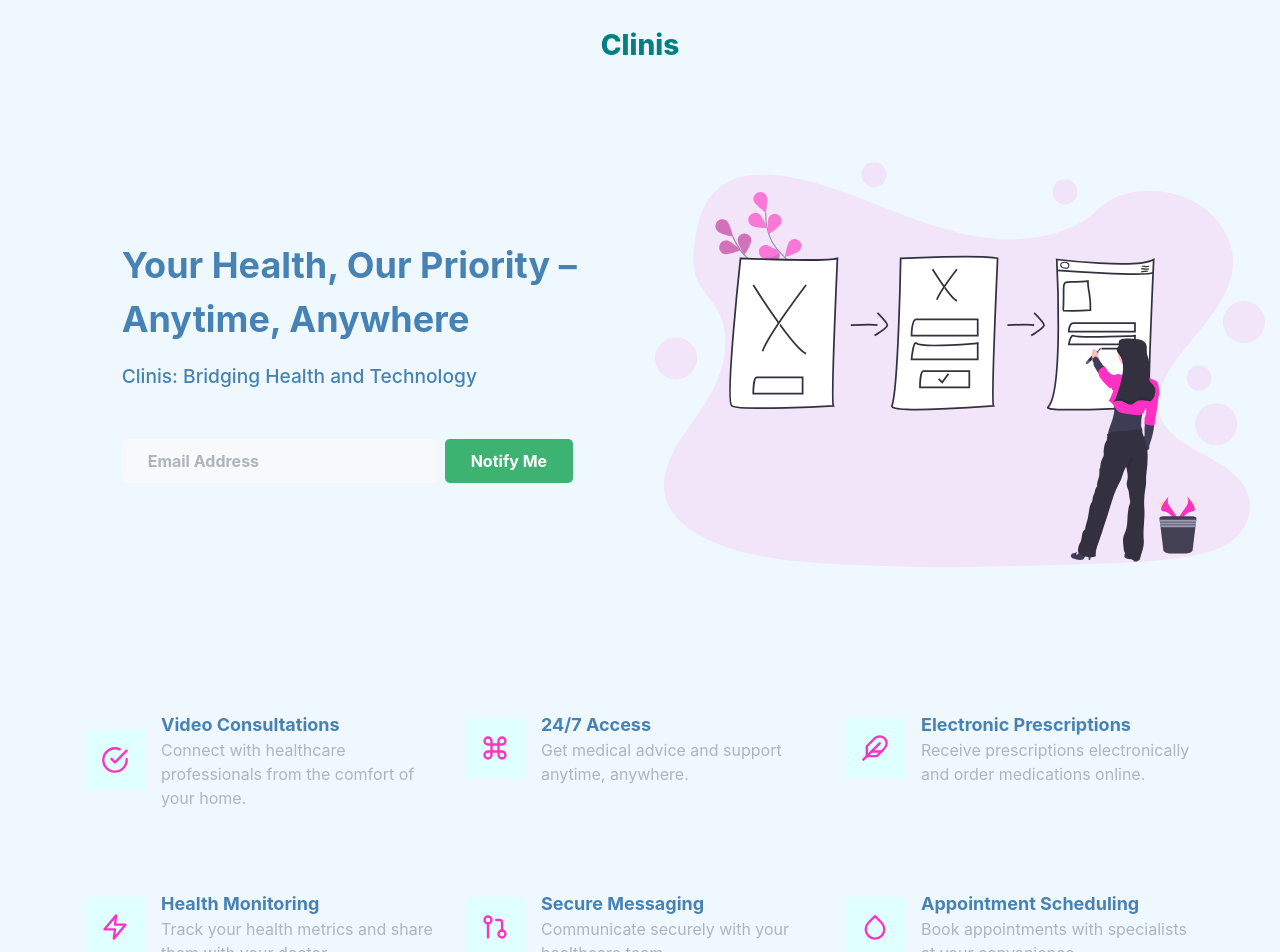
Repository: Rupak09/demo1
Page: index.html
An editor plug-in stored every save of this project. The page is shown before and after the next save, followed by the edit.
The browser window is 1280 px wide. The pictures show the part of the page from y = 0 to 952 px (the page is 2819 px tall).
A picture or video elsewhere on the page could not be fetched, so the positions and the page height are approximate. Some web fonts or font styles are not loaded; a fallback is used. Some web libraries are served in a nearby version.

Above is the page before, as saved 2024-12-28 12:03:12.

After the next save:
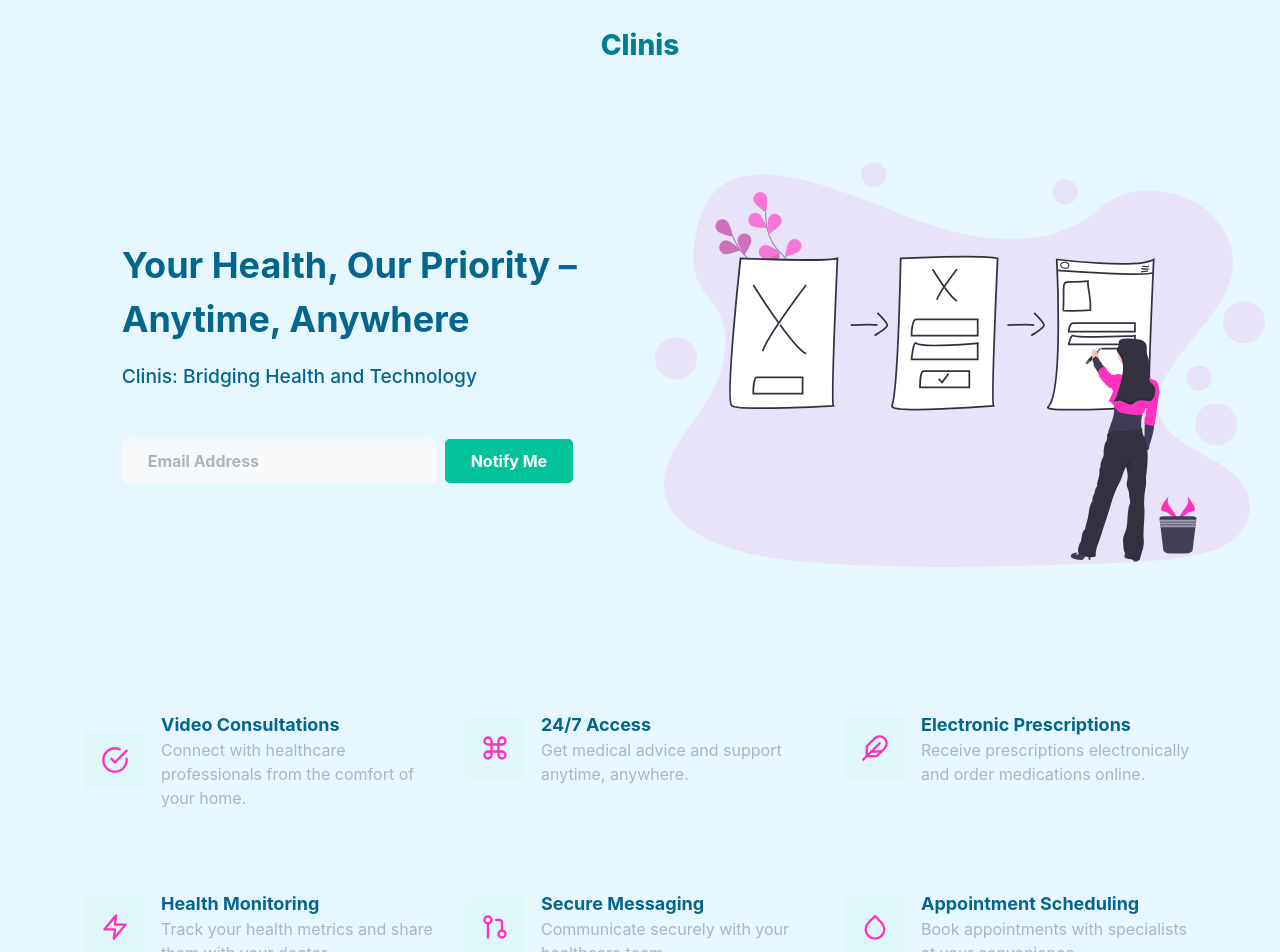
Saved 76 s later.
--- a/index.html
+++ b/index.html
@@ -14,42 +14,45 @@
     <link rel="stylesheet" href="css/bootstrap.css">
     <style>
         body {
-            background-color: #f0f8ff; /* Alice Blue */
-            color: #2f4f4f; /* Dark Slate Gray */
+            background-color: #e6f7ff; /* Light Cyan */
+            color: #005f73; /* Deep Teal */
         }
         .heading-brand {
-            color: #008080; /* Teal */
+            color: #028090; /* Cyan */
         }
         h1, .lead, .title {
-            color: #4682b4; /* Steel Blue */
+            color: #05668d; /* Teal Blue */
         }
         .btn-primary {
-            background-color: #3cb371; /* Medium Sea Green */
-            border-color: #3cb371;
+            background-color: #02c39a; /* Medium Aquamarine */
+            border-color: #02c39a;
         }
         .btn-primary:hover {
-            background-color: #2e8b57; /* Sea Green */
-            border-color: #2e8b57;
+            background-color: #028090; /* Cyan */
+            border-color: #028090;
         }
         .icon-box-inner {
-            background-color: #e0ffff; /* Light Cyan */
+            background-color: #e0f7fa; /* Light Cyan */
         }
         .icon-box-inner span {
-            color: #20b2aa; /* Light Sea Green */
+            color: #039be5; /* Light Blue */
         }
         footer {
-            background-color: #008080; /* Teal */
+            background-color: #028090; /* Cyan */
             color: #ffffff; /* White */
         }
         a {
-            color: #008b8b; /* Dark Cyan */
+            color: #0288d1; /* Bright Blue */
         }
         a:hover {
-            color: #20b2aa; /* Light Sea Green */
+            color: #039be5; /* Light Blue */
         }
     </style>
 </head>
 <body>
+<!-- The rest of the HTML remains the same -->
+</body>
+</html>
 
 <!-- Header Section -->
 <section class="pt-4 pb-5">
